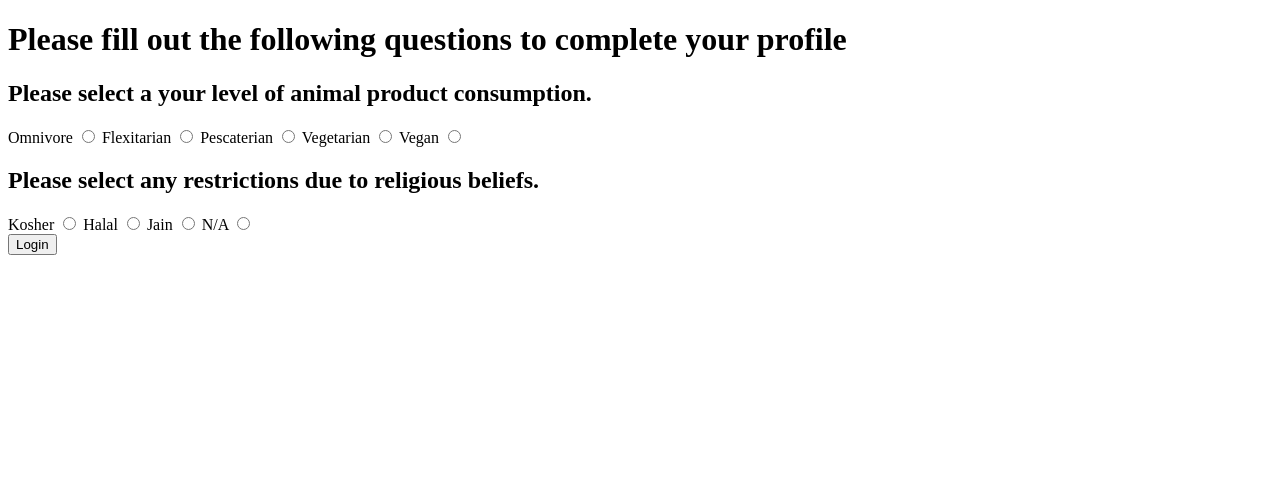
Repository: DataLuminescence/Documents
Page: http://localhost/choix/WEB-INF/userinfo.jsp
The author's editor kept a copy of each file at every save. The page is drawn from the files as they stood at one save, then again after the next save.
The browser window is 1280 px wide. The pictures show the whole page.
The page is served by Tomcat 9. Nobody is signed in. The template is opened directly, without the code that normally fills it, so the values that code supplies are empty.

Above is the page before, as saved 2022-04-29 17:58:12.

After the next save:
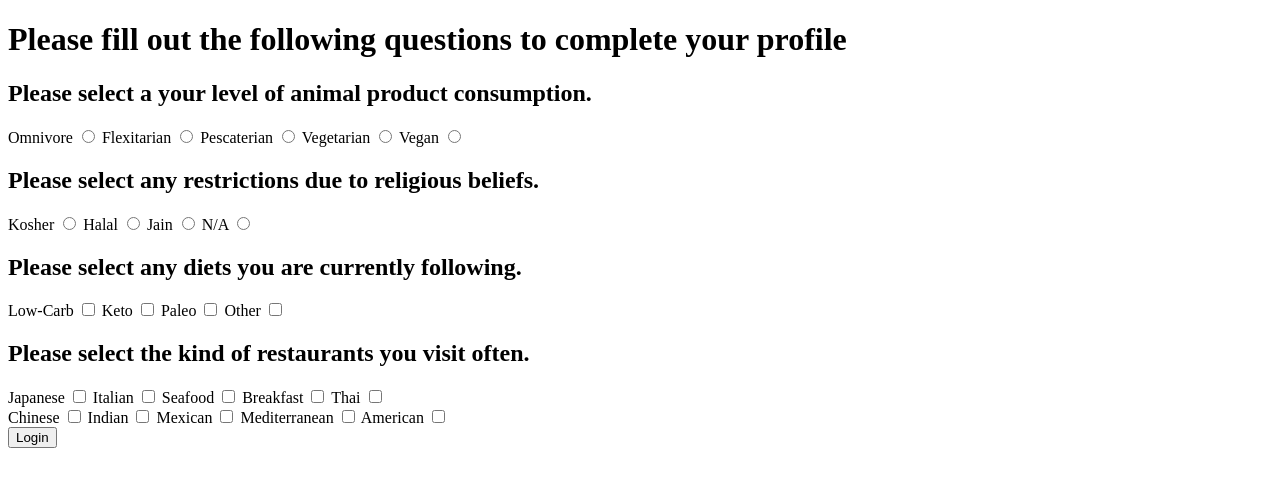
Saved 5 h 11 min later.
--- a/Java/Java Spring/choix/src/main/webapp/WEB-INF/userinfo.jsp
+++ b/Java/Java Spring/choix/src/main/webapp/WEB-INF/userinfo.jsp
@@ -79,7 +79,7 @@
 			<form:radiobutton path="religious" value="Other"/>
 		</div>
 
-<%-- 		<h2>Please select any diets you are currently following.</h2>
+		<h2>Please select any diets you are currently following.</h2>
 		<div>
 			<form:label path="lifestyle">Low-Carb</form:label>
 			<form:checkbox path="lifestyle" value="Low-Carb"/>
@@ -126,7 +126,7 @@
 
 			<form:label path="cuisine">American</form:label>
 			<form:checkbox path="cuisine" value="American"/>
-		</div>	 --%>
+		</div>
 
 		<input type="submit" value="Login" />
 	</form:form>
